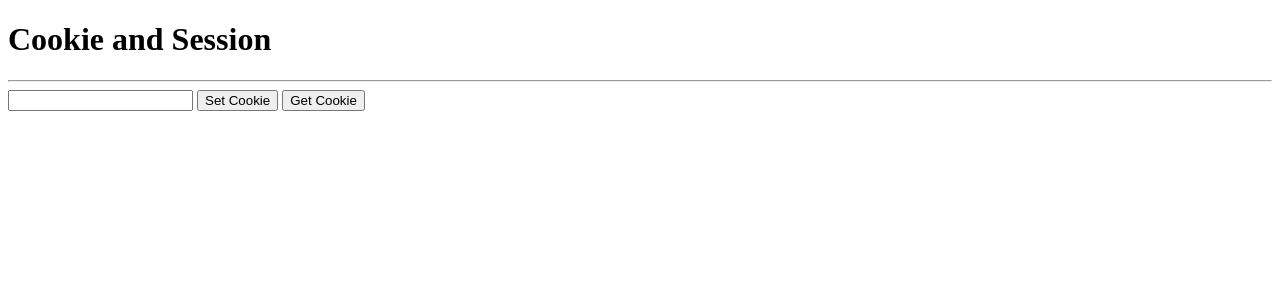
Repository: zxcvne/1400_web_nhs
Page: http://localhost/web/10_Cookie_Session.jsp
The author's editor kept a copy of each file at every save. The page is drawn from the files as they stood at one save, then again after the next save.
The browser window is 1280 px wide. The pictures show the whole page.
The page is served by Tomcat 10.

Above is the page before, as saved 2025-10-26 08:10:46.

After the next save:
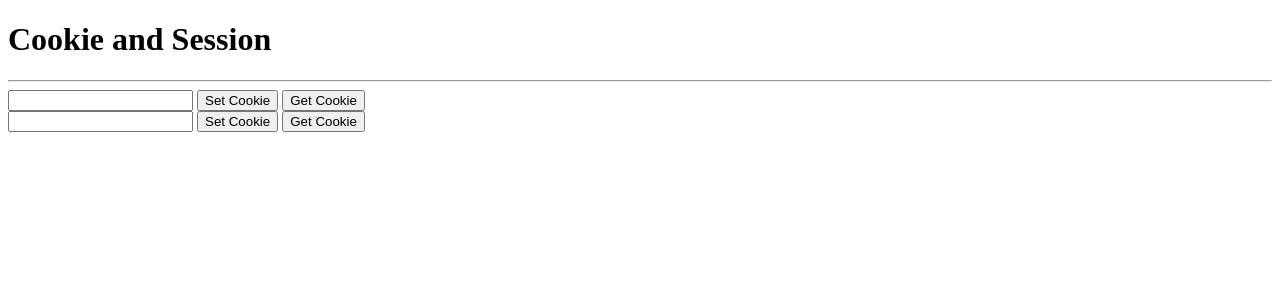
Saved 11 s later.
--- a/05_jsp/src/web/src/main/webapp/10_Cookie_Session.jsp
+++ b/05_jsp/src/web/src/main/webapp/10_Cookie_Session.jsp
@@ -13,6 +13,10 @@
 		<input type="text" name="customer">
 		<input type="button" value="Set Cookie" onclick="setCookie()" >
 		<input type="button" value="Get Cookie" onclick="getCookie()" >
+		<br>
+		<input type="text" name="customer">
+		<input type="button" value="Set Cookie" onclick="setCookie()" >
+		<input type="button" value="Get Cookie" onclick="getCookie()" >
 	</form>
 </body>
 </html>
